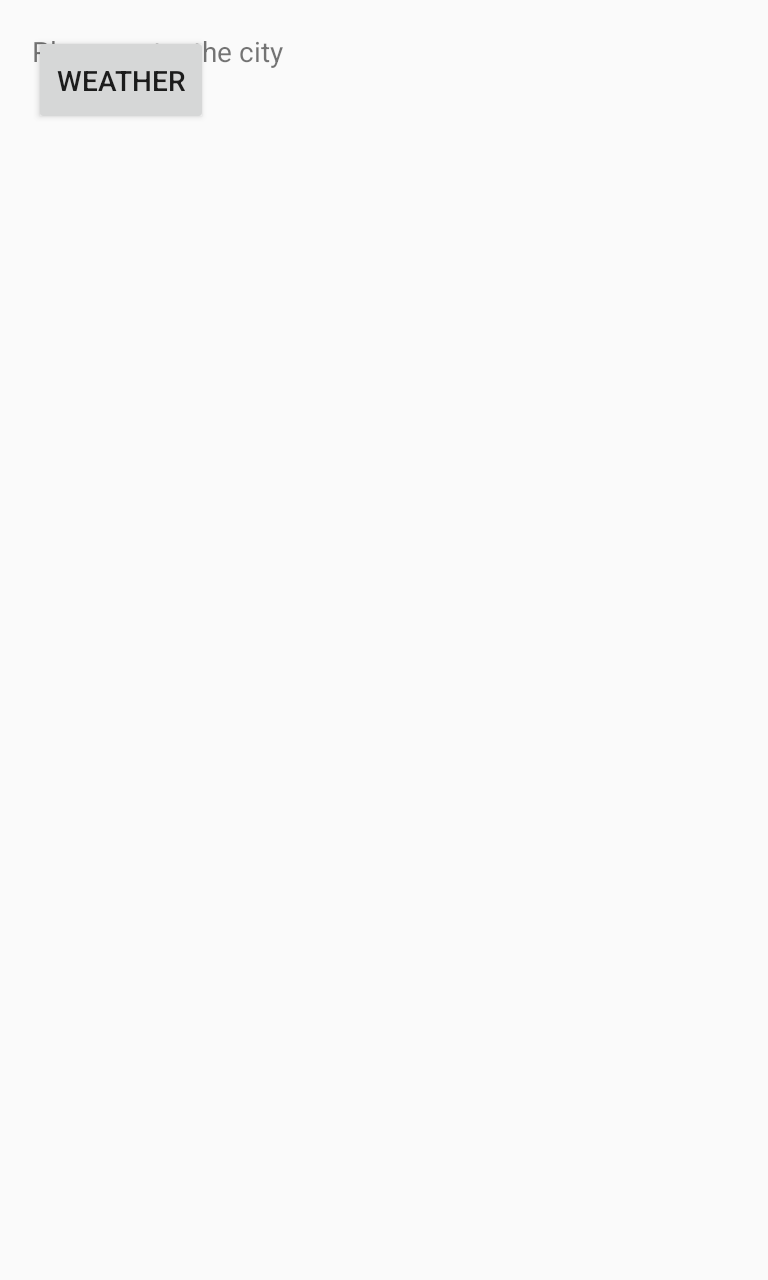
Repository: alexWr/weather-app
Layout: OpenWeatherT/res/layout/main.xml
These files come from the project's save history. The layout is drawn as it stood at one moment and after a run of saves; the edit follows.
It is drawn on a 768 x 1280 px phone screen (xhdpi) without system bars, with theme AppTheme; the app's code is not run.

Above is the layout before, as saved 2014-10-16 06:21:11.

After the next 2 saves:
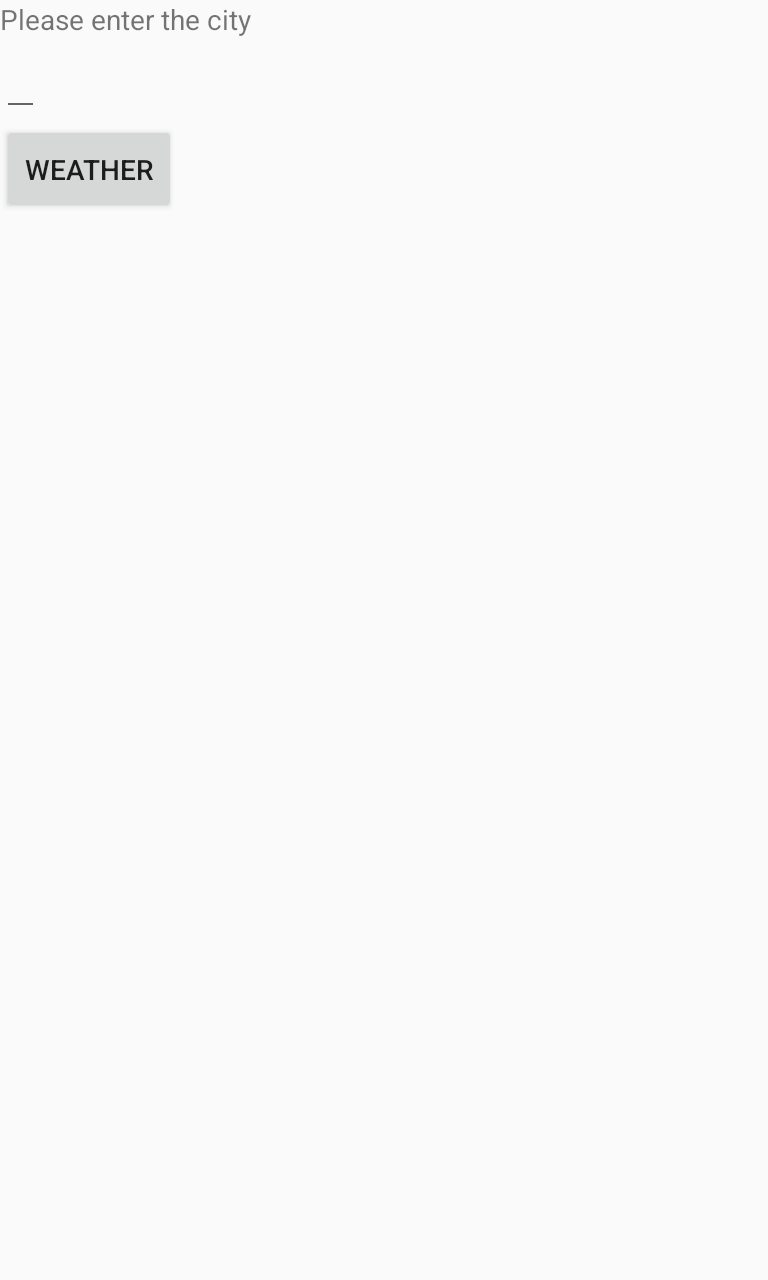
The 2 saves are shown as one change because 1 did not build or start.
The last was saved 11 min 45 s later.
--- a/OpenWeatherT/res/layout/main.xml
+++ b/OpenWeatherT/res/layout/main.xml
@@ -1,12 +1,8 @@
-<RelativeLayout xmlns:android="http://schemas.android.com/apk/res/android"
-    xmlns:tools="http://schemas.android.com/tools"
-    android:layout_width="match_parent"
-    android:layout_height="match_parent"
-    android:paddingBottom="@dimen/activity_vertical_margin"
-    android:paddingLeft="@dimen/activity_horizontal_margin"
-    android:paddingRight="@dimen/activity_horizontal_margin"
-    android:paddingTop="@dimen/activity_vertical_margin"
-    tools:context="com.example.openweathert.MainActivity" >
+<?xml version="1.0" encoding="utf-8"?>
+<LinearLayout xmlns:android="http://schemas.android.com/apk/res/android"
+    android:layout_width="fill_parent"
+    android:layout_height="fill_parent"
+    android:orientation="vertical"     >
    <TextView
         android:layout_width="wrap_content"
         android:layout_height="wrap_content"
@@ -25,4 +21,4 @@
         android:layout_width="wrap_content"
         android:layout_height="wrap_content"
         android:id="@+id/tvWeather"/>
-</RelativeLayout>
+</LinearLayout>
